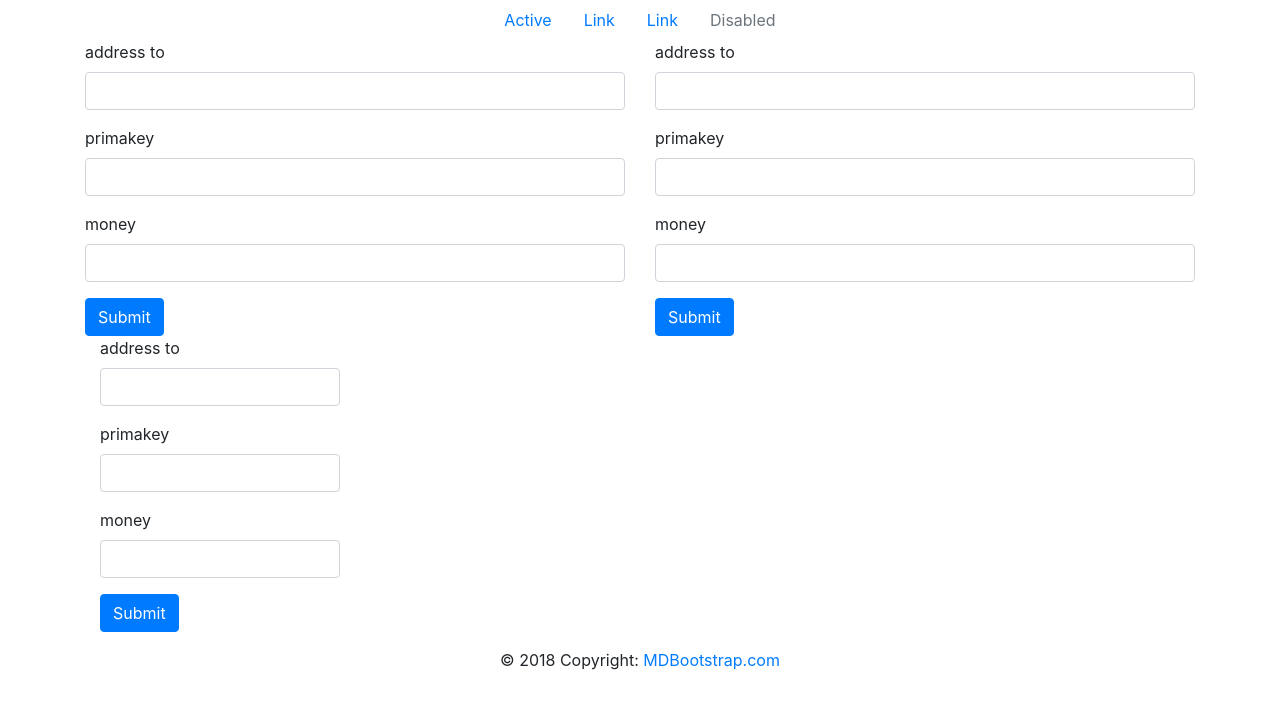
Repository: tienvins/vinsofts-blockchain-training-Oct2018
Page: http://localhost/
The author's editor kept a copy of each file at every save. The page is drawn from the files as they stood at one save, then again after the next save.
The browser window is 1280 px wide. The pictures show the whole page.
The page is served by the project's Node server (index.js). Other server files are loaded and not shown.

Above is the page before, as saved 2018-11-06 09:38:27.

### tunglt/dappbetting/views/home/index.ejs
<% include ../layouts/header.ejs %>
<!-- Header End -->

<div class="container">
  <div class="row">
    <div class="col-md-6">
      <form method="POST" action="transfer">
        <div class="form-group">
          <label>address to</label>
          <input type="text" class="form-control" name="address_to">
        </div>
        <div class="form-group">
          <label>primakey</label>
          <input type="text" class="form-control" name="privatekey">
        </div>
        <div class="form-group">
          <label>money</label>
          <input type="number" class="form-control" name="money">
        </div>
        <button type="submit" class="btn btn-primary">Submit</button>
      </form>

      <div class="col-md-6">
        <form method="POST" action="transfer">
          <div class="form-group">
            <label>address to</label>
            <input type="text" class="form-control" name="address_to">
          </div>
          <div class="form-group">
            <label>primakey</label>
            <input type="text" class="form-control" name="privatekey">
          </div>
          <div class="form-group">
            <label>money</label>
            <input type="number" class="form-control" name="money">
          </div>
          <button type="submit" class="btn btn-primary">Submit</button>
        </form>
      </div>
    </div>
    <div class="col-md-6">
      <form method="POST" action="transfer">
        <div class="form-group">
          <label>address to</label>
          <input type="text" class="form-control" name="address_to">
        </div>
        <div class="form-group">
          <label>primakey</label>
          <input type="text" class="form-control" name="privatekey">
        </div>
        <div class="form-group">
          <label>money</label>
          <input type="number" class="form-control" name="money">
        </div>
        <button type="submit" class="btn btn-primary">Submit</button>
      </form>
    </div>
  </div>
</div>

<!-- Footer -->
<% include ../layouts/footer.ejs %>

### tunglt/dappbetting/views/layouts/header.ejs
<!DOCTYPE html>
<html lang="en">
<head>
<meta charset="utf-8">
<title>SimpleOne - A Responsive Html5 Ecommerce Template</title>
<meta name="viewport" content="width=device-width, initial-scale=1.0">
<meta name="description" content="">
<meta name="author" content="">
<link rel="stylesheet" href="https://stackpath.bootstrapcdn.com/bootstrap/4.1.3/css/bootstrap.min.css" integrity="sha384-MCw98/SFnGE8fJT3GXwEOngsV7Zt27NXFoaoApmYm81iuXoPkFOJwJ8ERdknLPMO" crossorigin="anonymous">

<!-- HTML5 shim, for IE6-8 support of HTML5 elements -->
<!--[if lt IE 9]>
      <script src="http://html5shim.googlecode.com/svn/trunk/html5.js"></script>
    <![endif]-->
<!-- fav -->
<link rel="shortcut icon" href="assets/ico/favicon.html">
</head>
<body>
<!-- Header Start -->
<ul class="nav justify-content-center">
  <li class="nav-item">
    <a class="nav-link active" href="#">Active</a>
  </li>
  <li class="nav-item">
    <a class="nav-link" href="#">Link</a>
  </li>
  <li class="nav-item">
    <a class="nav-link" href="#">Link</a>
  </li>
  <li class="nav-item">
    <a class="nav-link disabled" href="#">Disabled</a>
  </li>
</ul>

### tunglt/dappbetting/views/layouts/footer.ejs
<!-- Footer -->
<footer class="page-footer font-small blue">

  <!-- Copyright -->
  <div class="footer-copyright text-center py-3">© 2018 Copyright:
    <a href="https://mdbootstrap.com/bootstrap-tutorial/"> MDBootstrap.com</a>
  </div>
  <!-- Copyright -->

</footer>
<!-- Footer -->
<!-- javascript
    ================================================== -->
<!-- Placed at the end of the document so the pages load faster -->
<script src="https://cdnjs.cloudflare.com/ajax/libs/jquery/3.3.1/jquery.min.js"></script>

<script src="https://code.jquery.com/jquery-3.3.1.slim.min.js" integrity="sha384-q8i/X+965DzO0rT7abK41JStQIAqVgRVzpbzo5smXKp4YfRvH+8abtTE1Pi6jizo" crossorigin="anonymous"></script>
<script src="https://cdnjs.cloudflare.com/ajax/libs/popper.js/1.14.3/umd/popper.min.js" integrity="sha384-ZMP7rVo3mIykV+2+9J3UJ46jBk0WLaUAdn689aCwoqbBJiSnjAK/l8WvCWPIPm49" crossorigin="anonymous"></script>
<script src="https://stackpath.bootstrapcdn.com/bootstrap/4.1.3/js/bootstrap.min.js" integrity="sha384-ChfqqxuZUCnJSK3+MXmPNIyE6ZbWh2IMqE241rYiqJxyMiZ6OW/JmZQ5stwEULTy" crossorigin="anonymous"></script>
</body>
</html>

### tunglt/dappbetting/index.js
const express  = require('express');
var path       = require('path');
const app      = express();
const bodyParser = require('body-parser');
app.use(bodyParser.urlencoded({ extended: false }));


app.listen(3000, () => console.log('Example app listening on port 3000!'))

app.use(express.static(path.join(__dirname, 'public')));
app.set('views', path.join(__dirname, 'views'));
app.set('view engine', 'ejs');

var index = require('./routes/index');
app.use('/',index);

### tunglt/dappbetting/routes/index.js
var app    = require('express');
var router = app.Router();

const contract = require('../node/f');
const web3     = contract.web3;


/* GET home page. */
router.get('/', function (req, res) {
	res.render('home/index', {
		// product: data,
		// cate: cate
	});
});

router.get('/cate/:name.:id.html', function (req, res) {
	res.render('site/page/cate', {
		product: data,
		cate: cate
	});
});


router.get('/getbalance/:address', function (req, res) {
	if (web3.utils.isAddress(req.params.address)) {
		try {
			contract.getBalances(req.params.address)
				.then(function (balance) {
					res.send(balance);
				});;
		} catch (error) {
			res.send(error);
		}
	} else {
		res.send('not found address');
	}
});

router.post('/transfer', function (req, res) {
	if (web3.utils.isAddress(req.body.address_to)) {
		contract.sendToken(req.body.address_to, req.body.money,req.body.privatekey)
				.then(function (rs) {
					res.send(rs);
				});
	} else {
		res.send('not found address');
	}
});








module.exports = router;

### tunglt/dappbetting/node/f.js
const Web3     = require('web3');
const link     = "http://localhost:7545";  //http://localhost:7545
const web3     = new Web3(Web3.givenProvider || new Web3.providers.HttpProvider(link));
const Config   = require('./../CONFIG');
const Tx       = require('ethereumjs-tx');
var Wallet     = require('ethereumjs-wallet');
var EthUtil    = require('ethereumjs-util');
var fs         = require('fs');
var myContract = new web3.eth.Contract(Config.abi, Config.contractAdress, {
   from        : Config.address,
   data        : Config.dataContract,
//    gas         : '4700000'
});

function read(f) {
   return fs.readFileSync(f).toString();
}

function include(f) {
   eval.apply(global, [read(f)]);
}

// myContract.events.Transfer({  })
// .on("data", function(event) {
//   console.log(event)
// }).on("error", console.error);

async function getRaw(privateKey) {
   var privateKeyclone = Object.assign(privateKey);
   try {
      var privateKeyBuffer = EthUtil.toBuffer(privateKey);
      var wallet = Wallet.fromPrivateKey(privateKeyBuffer);
   } catch (error) {
      var privateKeyBuffer = new Buffer(privateKey, 'hex');
      var wallet = Wallet.fromPrivateKey(privateKeyBuffer);
   }
   var publicKey = wallet.getAddressString();
   var transactionCount = await web3.eth.getTransactionCount(publicKey);
   return {
      wallet,
      privateKeyclone,
      privateKeyBuffer,
      publicKey,
      transactionCount
   };
}

module.exports = {
   web3: web3,
   getBalances: async function getBalances(address) { // get tiền của 1 địa chỉ account
      var balances = await myContract.methods.balanceOf(address).call();
      return balances;
   },
   sendToken: async function sendToken(address_to, int_value, privateKey) { // gui tien cho 1 tai khoan
      var rs = await getRaw(privateKey);
      var methodData = await myContract.methods.transfer(address_to, int_value).encodeABI();
      var rawTx = {
         nonce: rs.transactionCount,
         gasPrice: web3.utils.toHex(web3.utils.toWei('1', 'wei')),
         gasLimit: web3.utils.toHex(web3.utils.toWei('900000', 'wei')),
         to: Config.contractAdress,
         from: rs.publicKey,
         data: methodData
      }

      var tx = new Tx(rawTx);
      tx.sign(rs.privateKeyBuffer);

      var serializedTx = tx.serialize();
      var sendSignedTransaction = await web3.eth.sendSignedTransaction('0x' + serializedTx.toString('hex'));
      return sendSignedTransaction;
   },


}

After the next save:
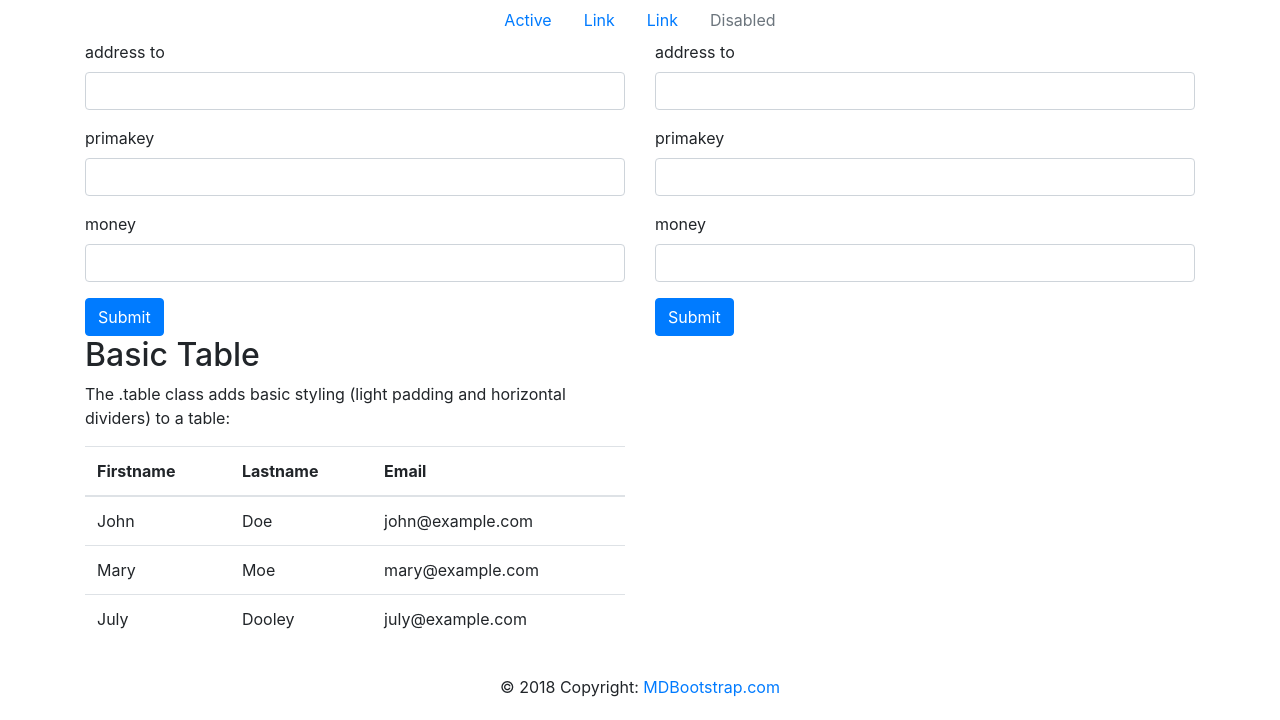
Saved 25 s later.
--- a/tunglt/dappbetting/views/home/index.ejs
+++ b/tunglt/dappbetting/views/home/index.ejs
@@ -20,23 +20,34 @@
         <button type="submit" class="btn btn-primary">Submit</button>
       </form>
 
-      <div class="col-md-6">
-        <form method="POST" action="transfer">
-          <div class="form-group">
-            <label>address to</label>
-            <input type="text" class="form-control" name="address_to">
-          </div>
-          <div class="form-group">
-            <label>primakey</label>
-            <input type="text" class="form-control" name="privatekey">
-          </div>
-          <div class="form-group">
-            <label>money</label>
-            <input type="number" class="form-control" name="money">
-          </div>
-          <button type="submit" class="btn btn-primary">Submit</button>
-        </form>
-      </div>
+      <h2>Basic Table</h2>
+  <p>The .table class adds basic styling (light padding and horizontal dividers) to a table:</p>
+  <table class="table">
+    <thead>
+      <tr>
+        <th>Firstname</th>
+        <th>Lastname</th>
+        <th>Email</th>
+      </tr>
+    </thead>
+    <tbody>
+      <tr>
+        <td>John</td>
+        <td>Doe</td>
+        <td>john@example.com</td>
+      </tr>
+      <tr>
+        <td>Mary</td>
+        <td>Moe</td>
+        <td>mary@example.com</td>
+      </tr>
+      <tr>
+        <td>July</td>
+        <td>Dooley</td>
+        <td>july@example.com</td>
+      </tr>
+    </tbody>
+  </table>
     </div>
     <div class="col-md-6">
       <form method="POST" action="transfer">
